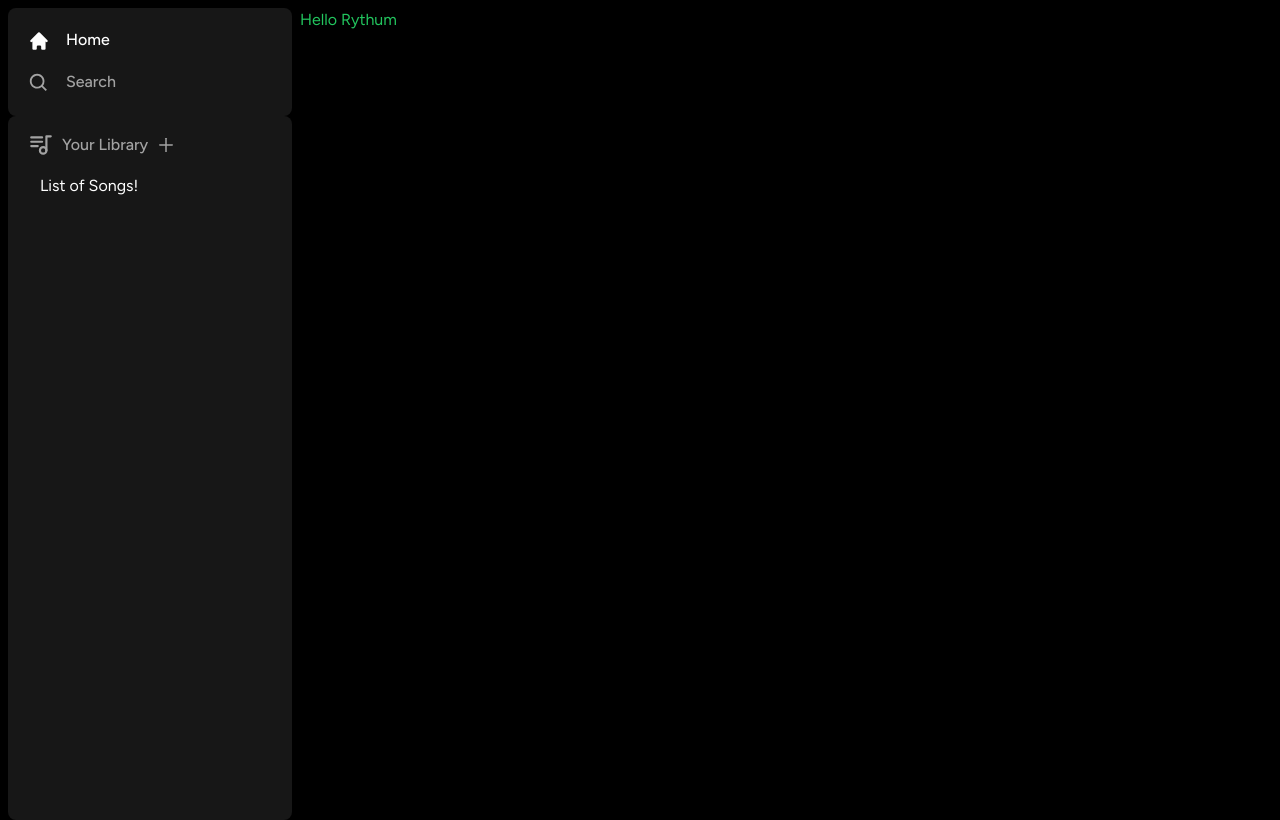
Repository: syni18/Rythum
Page: /
These files come from the project's save history. The page is drawn as it stood at one moment and after a run of saves; the edit follows.
The browser window is 1280 px wide. The pictures show the whole page.
The project was rebuilt for these pictures with package versions that can differ from the ones it lists, and the page was loaded fresh each time. The framework's server and built-in components were replaced by stand-ins that run in the browser. Also part of the build but not shown: next.config.js.

Above is the page before, as saved 2023-11-11 16:58:26.

### app/layout.tsx
import type { Metadata } from 'next'
import { Figtree } from 'next/font/google'
import './globals.css'
import Sidebar from '@/components/Sidebar'

const font = Figtree({ subsets: ['latin'] })

export const metadata: Metadata = {
  title: 'Rythum',
  description: 'Listen the music',
}

export default function RootLayout({
  children,
}: {
  children: React.ReactNode
}) {
  return (
    <html lang="en">
      <body className={font.className}>
        <Sidebar>
          {children}
        </Sidebar>
      </body>
    </html>
  )
}

### app/(site)/page.tsx

export default function Home() {
  return (
    <div className="text-green-500">Hello Rythum</div>
  )
}

### app/globals.css
@tailwind base;
@tailwind components;
@tailwind utilities;

html,body, :root{
  height: 100%;
  background: #000;
  color-scheme: dark;
}

### components/Sidebar.tsx
"use client";

import {HiHome} from 'react-icons/hi';
import {BiSearch} from 'react-icons/bi';

import { usePathname } from "next/navigation";
import { useMemo } from "react";
import Box from './Box';
import SidebarItem from './SidebarItem';
import Library from "./Library";

interface SidebarProps {
    children:React.ReactNode;
}

const Sidebar: React.FC<SidebarProps> = ({
    children
})=>{
    const pathname = usePathname();
    const route = useMemo(()=>[
        {
            icon: HiHome,
            label: 'Home',
            active: pathname !== '/search',
            href: '/',
        },
        {
            icon: BiSearch,
            label: 'Search',
            active: pathname === '/search',
            href: '/search',
        }

    ],[pathname]);
    return (
        <div className="flex h-full">
            <div className="md-flex flex-col gap-y-2 bg-black h-full w-[300px] p-2">
                <Box className='flex flex-col gap-y-2 px-5 py-4'>
                    {route.map((item) => (
                        <SidebarItem key={item.label} {...item}/>
                    ))}
                </Box>
                <Box className='overflow-y-auto h-full'>
                    <Library/>
                </Box>
            </div>
            <main className='h-full flex-1 overflow-y-auto py-2'>
                {children}
            </main>
        </div>
    )
}

export default Sidebar;

### components/Box.tsx
import { twMerge } from "tailwind-merge";

interface BoxProps {
    children: React.ReactNode;
    className?: string;
}

const Box: React.FC<BoxProps> = ({
    children,
    className
})=> {
    return (
        <div className={twMerge(`
        bg-neutral-900
        rounded-lg
        h-fit
        w-full
        `, className)}>
            {children}
        </div>
    )
}

export default Box;

### components/SidebarItem.tsx
import Link from "next/link";
import { IconType } from "react-icons";
import {twMerge} from 'tailwind-merge';

interface SidebarItemProps {
    icon: IconType;
    label: string;
    active?: boolean;
    href: string;
}

const SidebarItem:React.FC<SidebarItemProps> =({
    icon: Icon,
    label,
    active,
    href
}) => {
    return (
        <Link href={href}
        className={twMerge(`
        flex
        flex-row
        h-auto
        item-center
        w-full
        gap-x-4
        text-md
        font-medium
        cursor-pointer
        hover:text-white
        transition
        text-neutral-400
        py-1
        `, active && "text-white")}>
            <Icon size={26}/>
            <p className="truncate w-full">{label}</p>
        </Link>
    )
}

export default SidebarItem;

### components/Library.tsx
"use client";

import {TbPlaylist} from "react-icons/tb";
import {AiOutlinePlus} from "react-icons/ai";

const Library = () => {
    const onClick = () => {
        //handle upload later
    };

    return (
        <div className="flex flex-col">
            <div className="flex flex-col item-center justify-between px-5 pt-4">
                <div className="inline-flex items-center gap-x-2">
                    <TbPlaylist className="text-neutral-400" size={26}/>
                    <p className="text-neutral-400 font-medium text-md">Your Library</p>
                    <AiOutlinePlus className="cursor-pointer text-neutral-400 hover:text-white transition" onClick={onClick} size={20} />
                </div>
                <div className="flex flex-col gap-y-2 mt-4 px-3">List of Songs!</div>
            </div>
        </div>
    )
}

export default Library;

Loaded but not shown: tailwind.config.ts (common file)

After the next 2 saves:
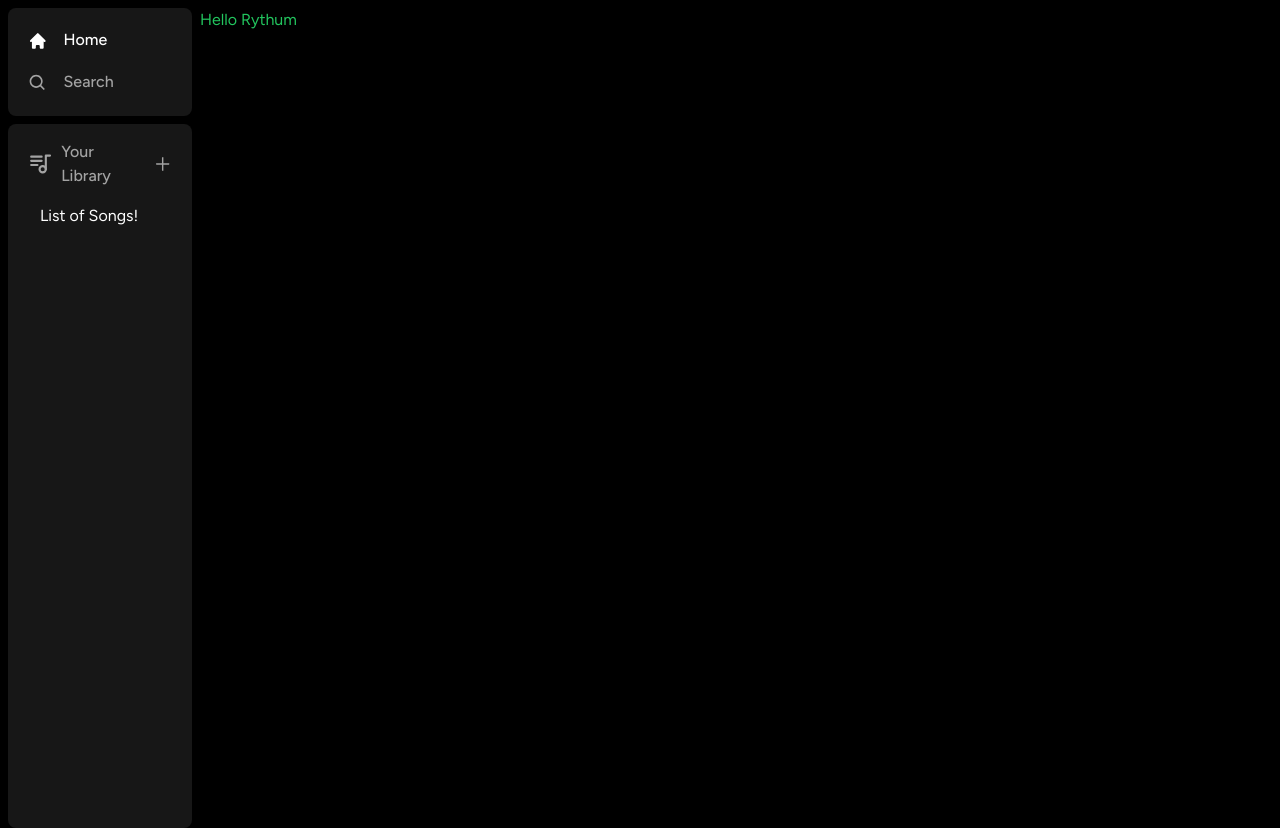
The 2 saves are shown as one change because they came seconds apart.
The last was saved 23 s later.
--- a/components/Sidebar.tsx
+++ b/components/Sidebar.tsx
@@ -34,13 +34,13 @@ const Sidebar: React.FC<SidebarProps> = ({
     ],[pathname]);
     return (
         <div className="flex h-full">
-            <div className="md-flex flex-col gap-y-2 bg-black h-full w-[300px] p-2">
+            <div className="md-flex flex-col gap-y-2 bg-black h-full w-[200px] p-2">
                 <Box className='flex flex-col gap-y-2 px-5 py-4'>
                     {route.map((item) => (
                         <SidebarItem key={item.label} {...item}/>
                     ))}
                 </Box>
-                <Box className='overflow-y-auto h-full'>
+                <Box className='overflow-y-auto mt-2 h-full'>
                     <Library/>
                 </Box>
             </div>
